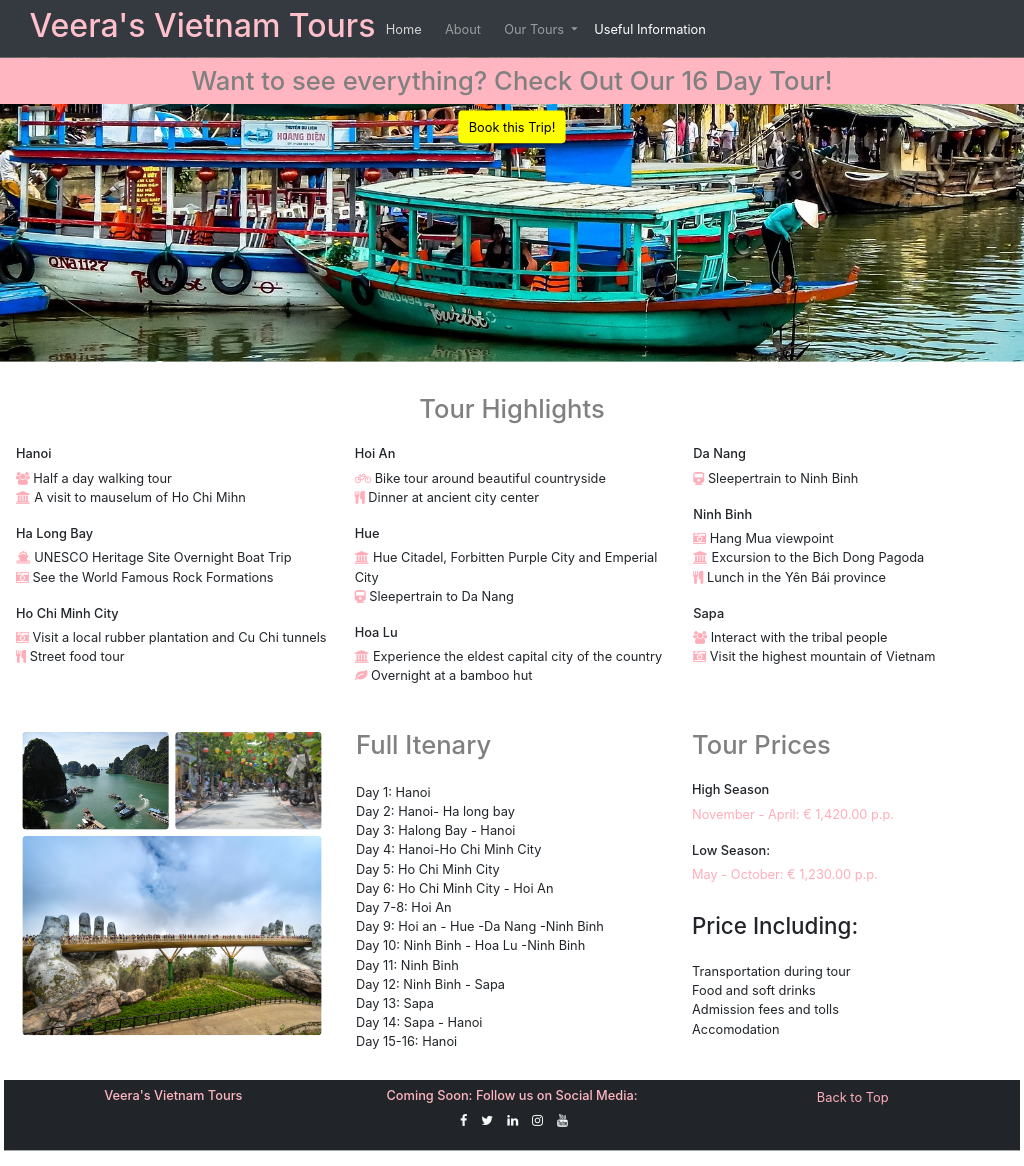
Repository: VAhola/VietnamTour
Page: 16d.html
The author's editor kept a record of every edit. The page is drawn from the files as they stood at one moment, then again after the next edit.
The browser window is 1280 px wide. The pictures show the whole page, at 80% of full size.

Above is the page before.

### 16d.html
<!DOCTYPE html>
<html lang="en">
<head>
    <meta charset="UTF-8">
    <meta name="viewport" content="width=device-width, initial-scale=1.0">
    <meta http-equiv="X-UA-Compatible" content="ie=edge">
    <link rel="stylesheet" href="https://stackpath.bootstrapcdn.com/bootstrap/4.3.1/css/bootstrap.min.css" type="text/css" />
    <link href="https://stackpath.bootstrapcdn.com/font-awesome/4.7.0/css/font-awesome.min.css" rel="stylesheet" integrity="sha384-wvfXpqpZZVQGK6TAh5PVlGOfQNHSoD2xbE+QkPxCAFlNEevoEH3Sl0sibVcOQVnN" crossorigin="anonymous">
    <link rel="stylesheet" href="style.css" type="text/css"/>
    <title>Vietnam Project</title>
</head>
<body>

<!--Nav-->

    <nav class="navbar navbar-dark navbar-expand-sm bg-dark top">
        <a class="navbar-brand title"></a> <h1 <style type="text/css">

        <h1 style="color:pink;">Veera's Vietnam Tours <br></h1>

     <button class="navbar-toggler ml-auto" type="button" data-toggle="collapse" data-target="#navbarNavDropdown" aria-controls="navbarNavDropdown" aria-expanded="false" aria-label="Toggle navigation">
        <span class="navbar-toggler-icon"></span></button>
      <div class="collapse navbar-collapse" id="navbarNavDropdown">
            <ul class="navbar-nav mr-auto">
                <li class="nav-item mr-2"><a class="nav-link" href="index.html"style="color:lightgray;">Home</a></li>
                <li class="nav-item mr-2"><a class="nav-link" href="about.html">About</a></li>
                <li class="nav-item dropdown">
                    <a class="nav-link dropdown-toggle" href="#" id="navbarDropdownMenuLink" role="button" data-toggle="dropdown" aria-haspopup="true" aria-expanded="false">
          Our Tours
        </a>
                    <div class="dropdown-menu" aria-labelledby="navbarDropdownMenuLink">
                        <a class="dropdown-item" href="16d.html">16 Day Complete Vietnam</a>
                        <a class="dropdown-item" href="8d.html">8 Days Vietnam at glance</a>
                    </div>
                </li>
                <li class="active nav-item mr-2"><a class="nav-link" href="Info.html">Useful Information</a></li>
            </ul>
            </div>
        </nav>
<!-- /.nav -->

<div class="section4">
    <h2 class="intro">
     Want to see everything? Check Out Our 16 Day Tour!
    </h2>
    <div class="center">
    <p><button class="btn btn-lg btn-success2" style=text-align:"center" data-toggle="modal" data-target="#signUpModal">Book this Trip!</button></p>
    </div>

</div>

</div>

<!--Itenary Newest-->

<div class="tours1">
    <h2> Tour Highlights</h2>
<div class="row">
    <div class="col-sm-4 container-fluid">
       <ul style="text-align:left;">
            <li>
                <h6>Hanoi</h6>
                <i class="fa fa-users pink" aria-hidden="true"></i>
                 Half a day walking tour<br>
                <i class="fa fa-university pink" aria-hidden="true"></i>
                 A visit to mauselum of Ho Chi Mihn
            </li><br>
            <li>
                <h6>Ha Long Bay</h6>
                <i class="fa fa-ship pink" aria-hidden="true"></i>
                 UNESCO Heritage Site Overnight Boat Trip<br>
                <i class="fa fa-camera-retro pink" aria-hidden="true"></i>
                 See the World Famous Rock Formations
            </li><br>
            <li>
                <h6>Ho Chi Minh City</h6>
                <i class="fa fa-camera-retro pink" aria-hidden="true"></i>
                 Visit a local rubber plantation and Cu Chi tunnels<br>
                <i class="fa fa-cutlery pink" aria-hidden="true"></i>
                 Street food tour
            </li>
        </div>
    <div class="col-sm-4 container-fluid">
       <ul style="text-align:left;">
            <li>
                <h6>Hoi An</h6>
                <i class="fa fa-bicycle pink" aria-hidden="true"></i>
                 Bike tour around beautiful countryside<br>
                <i class="fa fa-cutlery pink" aria-hidden="true"></i>
                 Dinner at ancient city center
            </li><br>
            <li>
                <h6>Hue</h6>
                <i class="fa fa-university pink" aria-hidden="true"></i>
                 Hue Citadel, Forbitten Purple City and Emperial City<br>
                <i class="fa fa-train pink" aria-hidden="true"></i>
                 Sleepertrain to Da Nang
            </li><br>
            <li>
                <h6>Hoa Lu</h6>
                <i class="fa fa-university pink" aria-hidden="true"></i>
                 Experience the eldest capital city of the country<br>
                <i class="fa fa-leaf pink" aria-hidden="true"></i>
                 Overnight at a bamboo hut
            </li>
        </div>
    <div class="col-sm-4 container-fluid">
       <ul style="text-align:left;">
            <li>
                <h6>Da Nang</h6>
                <i class="fa fa-train pink" aria-hidden="true"></i>
                 Sleepertrain to Ninh Binh
            </li><br>
            <li>
                <h6>Ninh Binh</h6>
                <i class="fa fa-camera-retro pink" aria-hidden="true"></i>
                Hang Mua viewpoint<br>
                <i class="fa fa-university pink" aria-hidden="true"></i>
                 Excursion to the Bich Dong Pagoda<br>
                <i class="fa fa-cutlery pink" aria-hidden="true"></i>
                 Lunch in the Yên Bái province
            </li><br>
            <li>
                <h6>Sapa</h6>
                <i class="fa fa-users pink" aria-hidden="true"></i>
                 Interact with the tribal people<br>
                <i class="fa fa-camera-retro pink" aria-hidden="true"></i>
                 Visit the highest mountain of Vietnam
            </li>
        </div>


<div class="tours1">
    <div class="row">
        <div class="col-sm-4 container-fluid">
            <div class="gallery2">
                <figure class="gallery_item gallery__items1">
                    <img src="Assets/pictures/ha-long-2360915_640.jpg" class="gallery__img" alt="Image 1">
                </figure>
                <figure class="gallery__item gallery__items--2">
                    <img src="Assets/pictures/hoi-an-1163431_640_a.jpg" class="gallery__img" alt="Image 2">
                </figure>
                <figure class="gallery__item gallery__items--3">
                    <img src="Assets/pictures/architecture-bridge-clouds-2582794.jpg" class="gallery__img" alt="Image 4">
                </figure>

            </div>
         </div>
         <div class="col-sm-4 container-fluid">
                <h2 style="text-align:left;">Full Itenary</h2>
            <ul style="text-align:left;">
                <li>Day 1: Hanoi</li>
                <li>Day 2: Hanoi- Ha long bay</li>
                <li>Day 3: Halong Bay - Hanoi</li>
                <li>Day 4: Hanoi-Ho Chi Minh City</li>
                <li>Day 5: Ho Chi Minh City</li>
                <li>Day 6: Ho Chi Minh City - Hoi An</li>
                <li>Day 7-8: Hoi An</li>
                <li>Day 9: Hoi an - Hue -Da Nang -Ninh Binh</li>
                <li>Day 10: Ninh Binh - Hoa Lu -Ninh Binh</li>
                <li>Day 11: Ninh Binh</li>
                <li>Day 12: Ninh Binh - Sapa</li>
                <li>Day 13: Sapa</li>
                <li>Day 14: Sapa - Hanoi</li>
                <li>Day 15-16: Hanoi</li>
            </ul>
        </div>
        <div class="col-sm-4 container-fluid">
            <h2 style="text-align:left;">Tour Prices</h2>
                <ul style="text-align:left;">
                    <h6>High Season</h6>
                    <li style="color:#ffaeb9;">November - April: € 1,420.00 p.p.</li>
                     <br>
                     <h6>Low Season:</h6>
                    <li style="color:#ffaeb9;">May - October: € 1,230.00 p.p.</li>

                </ul>
            <h3 style="text-align:left;">Price Including:</h3>
                <ul>
                    <li>Transportation during tour</li>
                    <li>Food and soft drinks</li>
                    <li>Admission fees and tolls</li>
                    <li>Accomodation</li>
                </ul>
        </div>
    </div>
</div>

<!-- /.Itenary Newest -->


 <footer class="container-fluid site">
        <div id="footer-details" class="row">
            <div class="col-sm-4 center">
                 <h6>Veera's Vietnam Tours</h6>
            </div>
            <div class="col-sm-4 center">
                <h6 class="inline-block center">Coming Soon: Follow us on Social Media:</h6>
                <ul class="list-inline center">
                    <li class="list-inline-item">
                        <a target="_blank" href="#">
                            <i class="fa fa-facebook" aria-hidden="true"></i>
                            <span class="sr-only">Facebook</span>
                        </a>
                    </li>
                    <li class="list-inline-item">
                        <a target="_blank" href="#">
                            <i class="fa fa-twitter" aria-hidden="true"></i>
                            <span class="sr-only">Twitter</span>
                        </a>
                    </li>
                    <li class="list-inline-item">
                        <a target="_blank" href="#">
                            <i class="fa fa-linkedin" aria-hidden="true"></i>
                            <span class="sr-only">LinkedIn</span>
                        </a>
                    </li>
                    <li class="list-inline-item">
                        <a target="_blank" href="#">
                            <i class="fa fa-instagram" aria-hidden="true"></i>
                            <span class="sr-only">Instagram</span>
                        </a>
                    </li>
                    <li class="list-inline-item">
                        <a target="_blank" href="#">
                            <i class="fa fa-youtube" aria-hidden="true"></i>
                            <span class="sr-only">YouTube</span>
                        </a>
                    </li>
                </ul>
            </div>
           <div class="col-sm-4 center">
                <a href="#top" style="color:#ffaeb9">Back to Top</a>
            </div>
        </div>
 </footer>

     <div class="modal" tabindex="-1" role="dialog" id="signUpModal">
        <div class="modal-dialog" role="document">
            <div class="modal-content">
                <div class="modal-header">
                    <h5 class="modal-title">Book 16 Days Complete Vietnam Tour Now!</h5>
                    <button type="button" class="close" data-dismiss="modal" aria-label="Close">
          <span aria-hidden="true">&times;</span>
        </button>
                </div>
                <div class="modal-body">
                    <form>
                        <div class="form-group">
                            <label for="exampleInputEmail1">Email address</label>
                            <input type="email" class="form-control" id="exampleInputEmail1" aria-describedby="emailHelp" placeholder="Enter email">
                            <small id="emailHelp" class="form-text text-muted">We'll never share your email with anyone else.</small>
                        </div>
                        <div class="form-group">
                            <label for="Name">Name</label>
                            <input type="text" class="form-control" id="validationDefaultUsername" placeholder="You Name">
                        </div>
                        <button type="submit" class="btn btn-success1">Submit</button>
                    </form>
                </div>
            </div>
        </div>
    </div>

    <script src="https://code.jquery.com/jquery-3.3.1.slim.min.js" integrity="sha384-q8i/X+965DzO0rT7abK41JStQIAqVgRVzpbzo5smXKp4YfRvH+8abtTE1Pi6jizo" crossorigin="anonymous"></script>
    <script src="https://cdnjs.cloudflare.com/ajax/libs/popper.js/1.14.3/umd/popper.min.js" integrity="sha384-ZMP7rVo3mIykV+2+9J3UJ46jBk0WLaUAdn689aCwoqbBJiSnjAK/l8WvCWPIPm49" crossorigin="anonymous"></script>
    <script src="https://stackpath.bootstrapcdn.com/bootstrap/4.1.3/js/bootstrap.min.js" integrity="sha384-ChfqqxuZUCnJSK3+MXmPNIyE6ZbWh2IMqE241rYiqJxyMiZ6OW/JmZQ5stwEULTy" crossorigin="anonymous"></script>

</body>
</html>

### style.css
html {
    border: none;
}

/*------------- Styling the header -----------*/

.header {
    background-color: #4F4F4F;
    background-position: center;
    text-align: center;
    background-size: cover;
    color: #fafafa;
    margin:0;
    padding-bottom: 10px;
    padding-top: 10px;

}


.button {
    color: white;
}


.navbar-dark .navbar-brand {
    color: 	#ffb6c1;

}

.dropdown-menu {
    background-color: #4F4F4F;
}

.dropdown-item {
    color: #b9bec3;
}


a {
    color:#fafafa;
    margin-left: 5px;
}

.section1 {
    background-size: cover;
    text-align: center;
    background-image: url(Assets/pictures/bamboo-boat-clouds-cloudscape-2132098.jpg);
    background-repeat: no-repeat;
    min-height: 420px;
    color: black;
    padding: 0px;
    background-position-y: bottom;
    background-position-x: center;
    background-color: darkgray;
}

.intro {
    background-color:#ffb6c1;
    padding: 10px 5px;
    color: gray;
}

.intro1 {
    background-color: #ffb6c1;
    padding: 10px 5px;
    color: gray;
    margin-bottom: 0px;
}

.welcome {
    padding:20px 20px;
}

h2 {
    color: gray;
    text-align: center;
    padding-bottom:20px;
    padding-top: 20px;
}

h3{
    color: ;
    text-align: center;
    padding-bottom:20px;
    padding-top: 20px;
}

h5 {
    color: #ffb6c1;
    text-align: center;
    margin-top: 20px;
    margin-bottom: 10px;
    text-decoration: underline;
}


li {
    list-style: none;tours
}

img.quote {
    border-style: solid;
    border-color: gray;
    float: right;
}

dl, ol, ul {
    margin-top: 0;
    margin-bottom: 1rem;
    padding: 0;
}

.tours {
    color:darkgray;
    text-align:center;
    margin-bottom:30px;
}

.tours1 {
    margin: 20px; 10px
}
.section3 {
    background-size: cover;
    text-align: center;
    color: black;
}


.about_us {
    text-align: justify;
    margin-left: 20px;
    margin-right: 20px;
}

.contacts {
    margin-left: 20px;
    margin-right: 20px;
    margin-bottom: 20px;
}

.compact {
    margin: 0;
}

.btn-group-lg>.btn, .btn-lg {
    padding: .2rem .5rem;
    font-size: 1rem;
    line-height: 1.5;
}
.man {
    background-image: url(Assets/pictures/hanoi-man-market-1004123.jpg);

}
.right_align{
    text-align:right;
}
.btn-success1 {
    color: #fff;
    background-color: #ffaeb9;
    border-color: gray;
    border-width: thick;
}

.btn-success2 {
    color: black;
    background-color: yellow;
    border-color: yellow;
    border-width: thick;
}

.towel {
 text-align:center;
 padding-left:15px;
 padding-right:15px;
 background-color: yellow;
 display: unset;
}

div.container4 {
    height: 1em;
    position: relative;

}
div.container4 p {
    margin: 0;
    background: yellow;
    position: absolute;
    top: 50%;
    left: 50%;
    margin-right: -50%;
    transform: translate(-50%, -50%);
    display:unset;
    padding: 5px 10px;

}

* {
  box-sizing: border-box;
}

div.box {
  float: left;
  width: 50%;
  padding: 20px;
}

div.center {
    text-align: center;
}

.clearfix::after {
  content: "";
  clear: both;
  display: table;
  padding: 20px;
}

.internary16 {
    text-align: left;
    margin: 10px 20px;
    padding: 10px;
    align-content: center;
    text-align: justify;
}

.right {
    height:200px;
    word-break: break-word;
    float:right;
    margin: 5px;
}

.left {
    height:200px;
    word-break: break-word;
    float:left;
    margin: 5px;
}

.woman {
    float: right;
}


article {
    margin: 5px;
}

img.iten_right {
    border-radius: 20px;
    padding: 5px;
    width: 300px;
    margin-left: 10px;
}

img.iten_left {
    border-radius: 20px;
    padding: 5px;
    width: 300px;
    margin-right: 10px;
}

img.map_right {
    border: 1px solid #ddd;
    border-radius: 4px;
    width: 220px;
    margin:20px 10px;
}

.info_left {
    border: 3px solid #ddd;
    border-radius: 4px;
    width: 220px;
    margin-right:10px;
}

.info_right {
    border: 2px solid #ddd;
    border-radius: 4px;
    width: 220px;
    margin-left:10px;
}

banner2 {
    display: inline-block;
}

.gallery1 {
    display: grid;
    grid-template-columns: repeat(3, 1fr);
    padding-top:0px;
    margin: 0px;
}

.section2 {
    background-size: cover;
    text-align: center;
    background-image: url(Assets/pictures/chaly-pavement-road-2044867.jpg);
    background-repeat: no-repeat;
    min-height: 380px;
    color: black;
    padding: 0px;
    background-position-y: bottom;
    background-position-x: center;
}

.section4 {
    background-size: cover;
    text-align: center;
    background-image: url(Assets/pictures/vietnam-2139871_1920_a.jpg);
    background-repeat: no-repeat;
    min-height: 380px;
    color: black;
    padding: 0px;
    background-position-y: bottom;
    background-position-x: center;
}

.section5 {
    background-size: cover;
    text-align: center;
    background-image: url(Assets/pictures/IMG-20190712-WA0006_a.jpg);
    background-repeat: no-repeat;
    min-height: 380px;
    color: black;
    padding: 0px;
    background-position-y: bottom;
    background-position-x: center;
}

.dest {
    margin-left: 20px;
    margin-right: 20px;
    padding: 10px;
    text-align: justify;
}

.info {
    margin-top:20px;
}
.desth {
    margin-left: 20px;
    margin-right: 20px;
    text-align:justify;
}

.ready {
    background-clip: white;
    margin-left: 10px;
    margin-right: 10px;
}

.grid-container-new {
  display: grid;
  justify-content: space-evenly;
  grid-template-columns: 25% 25% 25%; /*Make the grid smaller than the container*/
  grid-gap: 5px;
  padding: 10px;
}

.grid-container {
  display: grid;
  justify-content: space-evenly;
  grid-template-columns: 80% 20%; /*Make the grid smaller than the container*/
  grid-gap: 5px;
  padding: 10px;
}

.grid-item {
  background-color: rgba(255, 255, 255, 0.8);
  border: 1px solid rgba(0, 0, 0, 0.8);
  padding: 20px;
  font-size: 30px;
  text-align: center;
}

.gallery {
    display: grid;
    grid-template-columns: repeat(4, 1fr);
    grid-gap: 10px;
    padding-top:5px;
    margin: 30px 5px;
}

.gallery__img {
    width: 100%;
    height: 100%;
    object-fit: cover;
    border-radius: 5px;
}

.pink {
    color: #ffaeb9;
}

.gallery2 {
    display: grid;
    grid-template-columns: repeat(2, 3fr);
    grid-gap: 2px;
    padding-top:20px;
    padding-bottom: 20px;
    padding-right: 10px;
    margin: 0px;
}

.gallery__items--3 {
    grid-column-start: 1;
    grid-column-end: 3;
    grid-row-start: 2;
    grid-row-end: 3;
}

.gallery3 {
    display: grid;
    grid-template-columns: repeat(2, 3fr);
    grid-gap: 2px;
    padding-top:20px;
    padding-bottom: 20px;
    padding-right: 10px;
    margin: 0px;
}

.gallery__itemy--3 {
    grid-column-start: 1;
    grid-column-end: 3;
    grid-row-start: 2;
    grid-row-end: 3;
}

figure {
    margin: 3px;
}

.people {
    display: grid;
    grid-template-columns: repeat(2, 1fr);
    grid-gap: 10px;
    margin-left: 5px;
    margin-right: 5px;
    padding-top:5px;
}

.people__img {
    width: 100%;
    height: 100%;
    object-fit: cover;
}


.header5 {
    color: #ffb6c1;
    text-decoration: underline;
}

footer.site {
    background-color: #212529;
    color: #ffb6c1;
    background-size: cover;
    margin-bottom: 0;
    padding-bottom: 10px;
    padding-top: 10px;
}

.bottom {
    margin-bottom: 0;
}

/* media queries */

@media (max-width:767px) {
    body{
    font-size: smaller;
    }
    p {
    font-size: smaller;
    }
    .welcome {
    padding:5px 5px;
    }
    .review{
    padding:5px 5px;
    margin-bottom:5px;
    font-size:smaller;
    }
    h1, h2, h3, h4, h5, h6{
    font-size:smaller;
    }

    em {
    font-size: x-small;
    }

    img.map_right {
    width: 130px;
    margin-left: 5px;
    }

    img.iten_left{
    width: 130px;
    border-radius: 20px;
    }

    img.iten_right{
    width: 130px;
    border-radius: 20px;
    }
    .info_left {
    width: 120px;
    }
    .info_right {
    width: 120px;
    }


    .dest {
    margin-left: 10px;
    margin-right: 10px;
    padding: 5px;
    }
    .section2 {
    background-size: cover;
    text-align: center;
    background-image: url(Assets/pictures/chaly-pavement-road-2044867.jpg);
    background-repeat: no-repeat;
    min-height: 180px;
    color: black;
    padding: 0px;
    background-position-y: bottom;
    background-position-x: center;
    }
    .section1 {
    background-size: cover;
    text-align: center;
    background-image: url(Assets/pictures/bamboo-boat-clouds-cloudscape-2132098.jpg);
    background-repeat: no-repeat;
    min-height: 180px;
    color: black;
    padding: 0px;
    background-position-y: bottom;
    background-position-x: center;
    background-color: darkgray;
    }
    .section5 {
    background-size: cover;
    text-align: center;
    background-image: url(Assets/pictures/IMG-20190712-WA0006_a.jpg);
    background-repeat: no-repeat;
    min-height: 180px;
    color: black;
    padding: 0px;
    background-position-y: bottom;
    background-position-x: center;
    }
    .section4 {
    background-size: cover;
    text-align: center;
    background-image: url(Assets/pictures/vietnam-2139871_1920_a.jpg);
    background-repeat: no-repeat;
    min-height: 180px;
    color: black;
    padding: 0px;
    background-position-y: bottom;
    background-position-x: center;
    }
}

@media (min-width: 768px) and (max-width: 991px) {
}
    .review {
    text-align:center;
    padding:20px 10px;
    margin-bottom:40px;
    display:flex;
    }
}

@media (min-width: 992px) and (max-width: 1800px) {
    .review{
    text-align:center;
    padding:20px 10px;
    margin-bottom:40px;
    margin-left: 20px;
    margin-right: 20px;
    display:inline-flex;
    }
}

After the next edit:
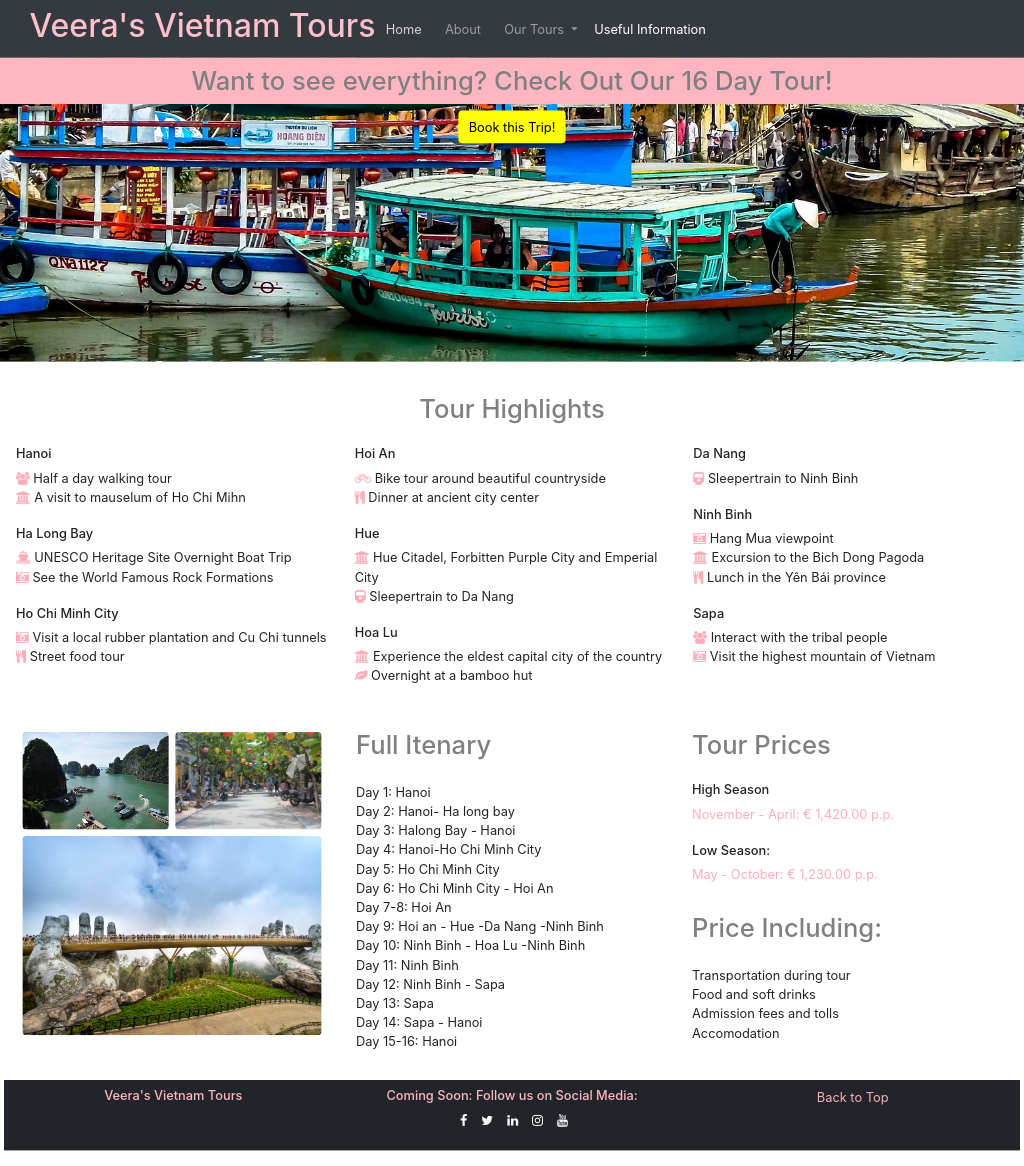
The edit:
--- a/16d.html
+++ b/16d.html
@@ -175,7 +175,7 @@
                     <li style="color:#ffaeb9;">May - October: € 1,230.00 p.p.</li>
 
                 </ul>
-            <h3 style="text-align:left;">Price Including:</h3>
+            <h2 style="text-align:left;">Price Including:</h2>
                 <ul>
                     <li>Transportation during tour</li>
                     <li>Food and soft drinks</li>
